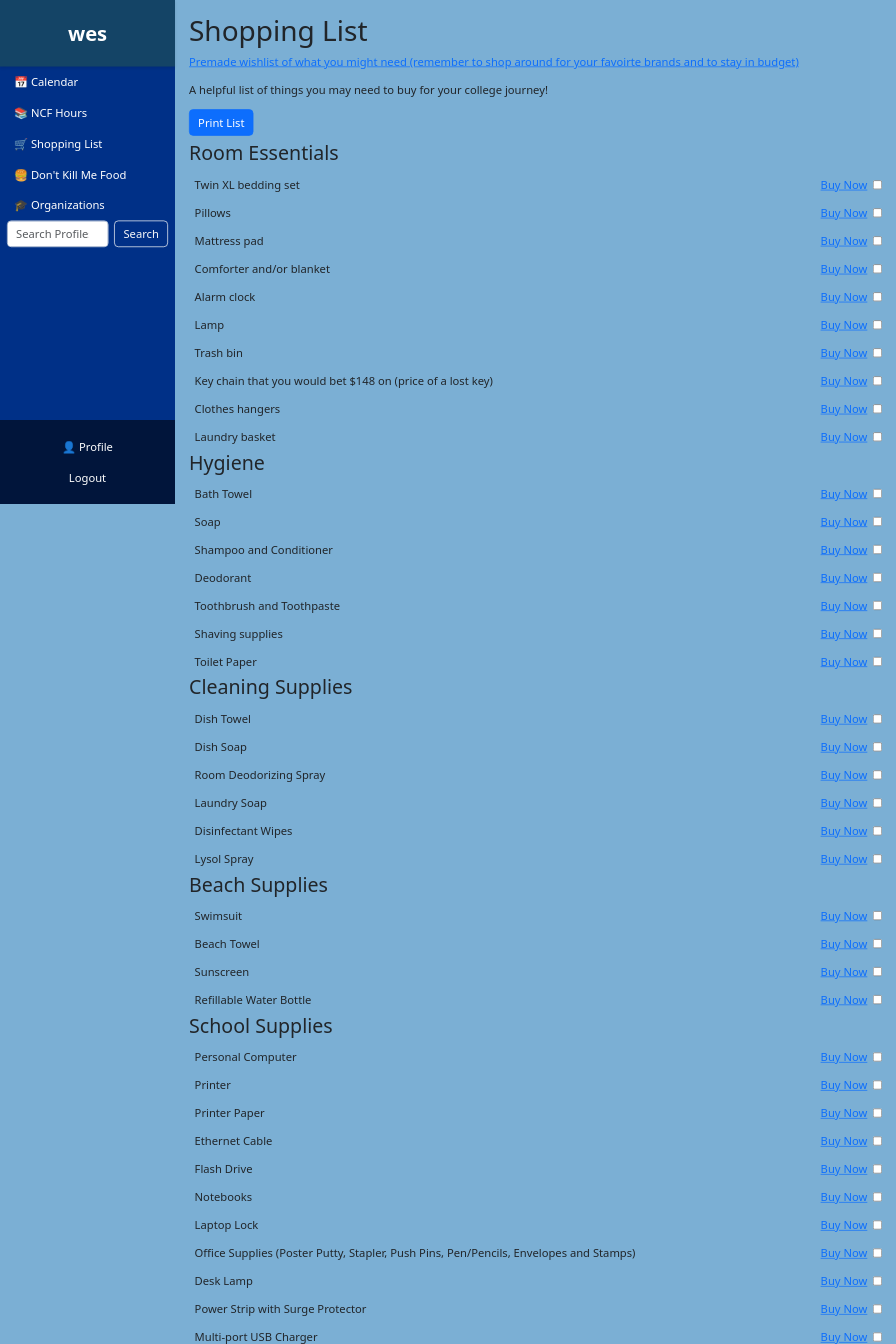
Repository: NateClarkTech/SoftwareEngineeringProject2
Page: http://localhost/shoppinglist/
These files come from the project's save history. The page is drawn as it stood at one moment and after the next save; the edit follows.
The browser window is 1280 px wide. The pictures show the part of the page from y = 0 to 1920 px (the page is 2553 px tall before and 2625 px after), at 70% of full size.
The page is served by the project's application, run on Django 5.2 (manage.py). The first stored user is signed in. The page reads the database file committed with the project.

Above is the page before, as saved 2024-03-12 22:08:27.

After the next save:
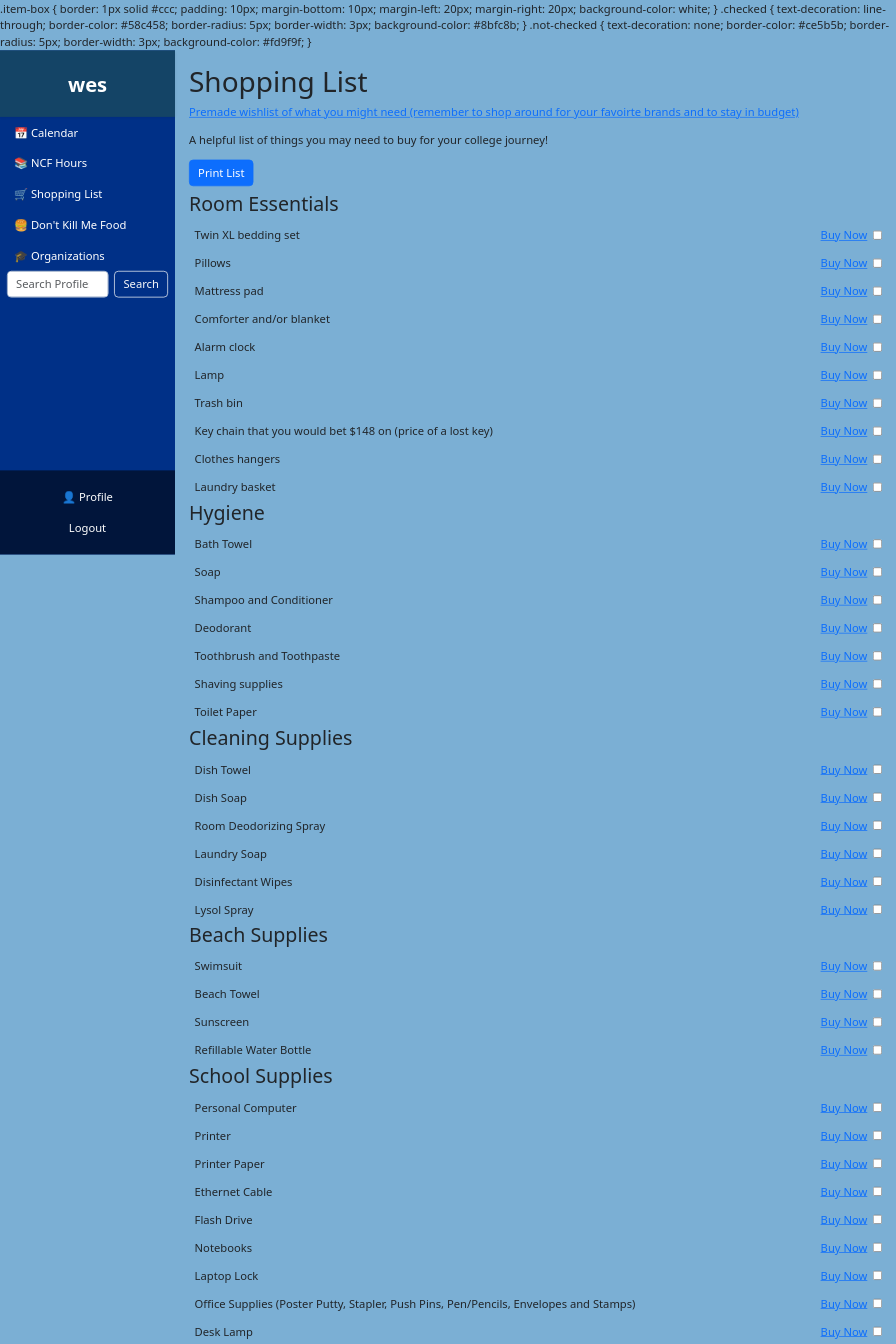
Saved 9 min 54 s later.
--- a/ShoppingList/templates/shoppinglist.html
+++ b/ShoppingList/templates/shoppinglist.html
@@ -5,7 +5,30 @@
 {% block title %}Shopping List{% endblock %}
 
 {% block extendHeader %}
-<link rel="stylesheet" type="text/css" media="print" href="{% static 'css/shoppinglist.css' %}">
+.item-box {
+    border: 1px solid #ccc;
+    padding: 10px;
+    margin-bottom: 10px;
+    margin-left: 20px;
+    margin-right: 20px;
+    background-color: white;
+}
+
+.checked {
+    text-decoration: line-through;
+    border-color: #58c458;
+    border-radius: 5px;
+    border-width: 3px;
+    background-color: #8bfc8b;
+}
+
+.not-checked {
+    text-decoration: none;
+    border-color: #ce5b5b;
+    border-radius: 5px;
+    border-width: 3px;
+    background-color: #fd9f9f;
+}
 {% endblock %}
 
 {% block content %}
